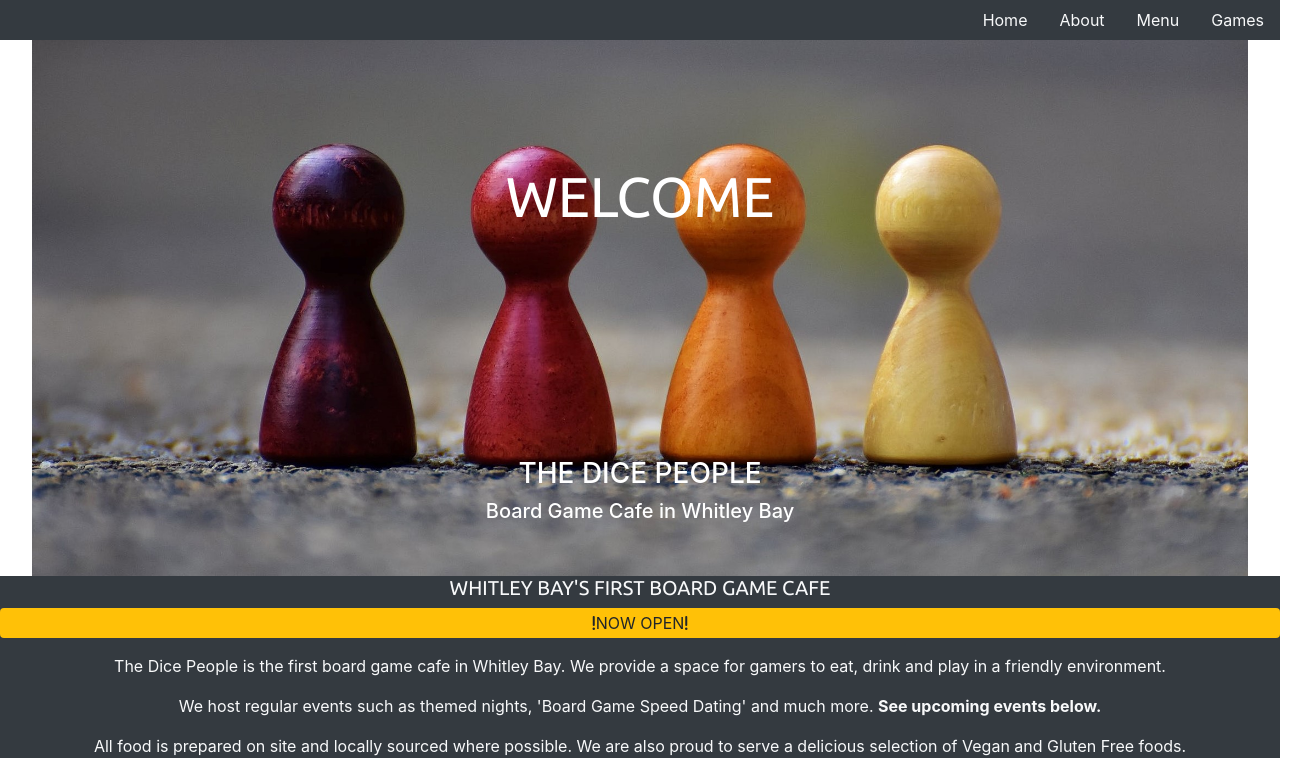
Repository: Code-Institute-Submissions/eleanorpro-milestoneproject1
Page: index.html
The author's editor kept a record of every edit. The page is drawn from the files as they stood at one moment, then again after the next edit.
The browser window is 1280 px wide. The page is 1295 px wide, so the pictures cover 1295 px, including what lies to the right of the window. The pictures show the whole page.
Some web libraries are served in a nearby version.

Above is the page before.

### index.html
<!DOCTYPE html>
<html lang="en">

<head>
    <meta charset="UTF-8">
    <meta name="viewport" content="width=device-width, initial-scale=1.0 shrink-to-fit=no">
    <meta http-equiv="X-UA-Compatible" content="ie=edge">
    <link rel="stylesheet" href="https://stackpath.bootstrapcdn.com/bootstrap/4.3.1/css/bootstrap.min.css" integrity="sha384-ggOyR0iXCbMQv3Xipma34MD+dH/1fQ784/j6cY/iJTQUOhcWr7x9JvoRxT2MZw1T" crossorigin="anonymous">
    <link href="https://fonts.googleapis.com/css?family=Ubuntu&display=swap" rel="stylesheet">
    <script src="https://kit.fontawesome.com/6737ff54ee.js" crossorigin="anonymous"></script>
    <link rel="stylesheet" href="css/style.css" type="text/css" />
    <title>The Dice People</title>
</head>

<body>
    <header>
        <nav class="bg-dark">
            <ul class="nav justify-content-end">
                <li class="nav-item">
                    <a class="nav-link active text-light bg-dark" href="index.html">Home</a>
                </li>
                <li class="nav-item">
                    <a class="nav-link text-light bg-dark" href="#">About</a>
                </li>
                <li class="nav-item">
                    <a class="nav-link text-light bg-dark" href="#">Menu</a>
                </li>
                <li class="nav-item">
                    <a class="nav-link text-light bg-dark" href="#">Games</a>
                </li>
            </ul>
        </nav>
        <div class="row">
            <div class="col">
                <div class="main-img">
                    <img class="bg-image" src="media/images/pieces.jpeg" alt="board game playing pieces">
                    <div class="centered">
                        <h1 class="uppercase display-4">Welcome</h1>
                    </div>
                    <div class="bottom-center mobhide">
                        <h3 class="uppercase">The Dice People</h2>
                            <h5>Board Game Cafe in Whitley Bay</h3>
                    </div>
                </div>
            </div>
        </div>

    </header>
    <section class="bg-dark">
        <h5 class="main-head uppercase text-light">Whitley Bay's first board game cafe</h5>
        <div class="alert bg-warning">
            <p><i class="fas fa-exclamation"></i><span>NOW OPEN</span><i class="fas fa-exclamation"></i></p>
        </div>
        <div class="intro text-light">
            <p>The Dice People is the first board game cafe in Whitley Bay. We provide a space for gamers to eat, drink and play in a friendly environment.</p>
            <p>We host regular events such as themed nights, 'Board Game Speed Dating' and much more. <strong>See upcoming events below.</strong></p>
            <p>All food is prepared on site and locally sourced where possible. We are also proud to serve a delicious selection of Vegan and Gluten Free foods.</p>
        </div>
    </section>
    <footer>

    </footer>
</body>

</html>

### css/style.css
/*--------------------------------------Text Styling */

.uppercase {
    text-transform: uppercase;
}

.centered {
    font-family: "Ubuntu", sans-serif;
}

.main-head {
    text-align: center;
    font-family: "Ubuntu", sans-serif;
}

.intro {
    text-align: center;
}

/*--------------------------------------Navigation */

nav {
    width: 100%;
}

/*--------------------------------------Main Image */

.bg-image {
    width: 100%;
}


.main-img {
    position: relative;
    text-align: center;
    color: white;
}

.centered {
    position: absolute;
    top: 30%;
    left: 50%;
    transform: translate(-50%, -50%);
}

.bottom-center {
    position: absolute;
    bottom: 8px;
    left: 50%;
    transform: translate(-50%, -50%);
}

@media (max-width: 600px) {
    .mobhide {
        display: none;
    }
}

.bg-image {
    width: 95%;
}

/*--------------------------------------Home Page */

.alert {
    text-align: center;
    padding: 2px 0;
    2px 0;
    height: 30px;
}

After the next edit:
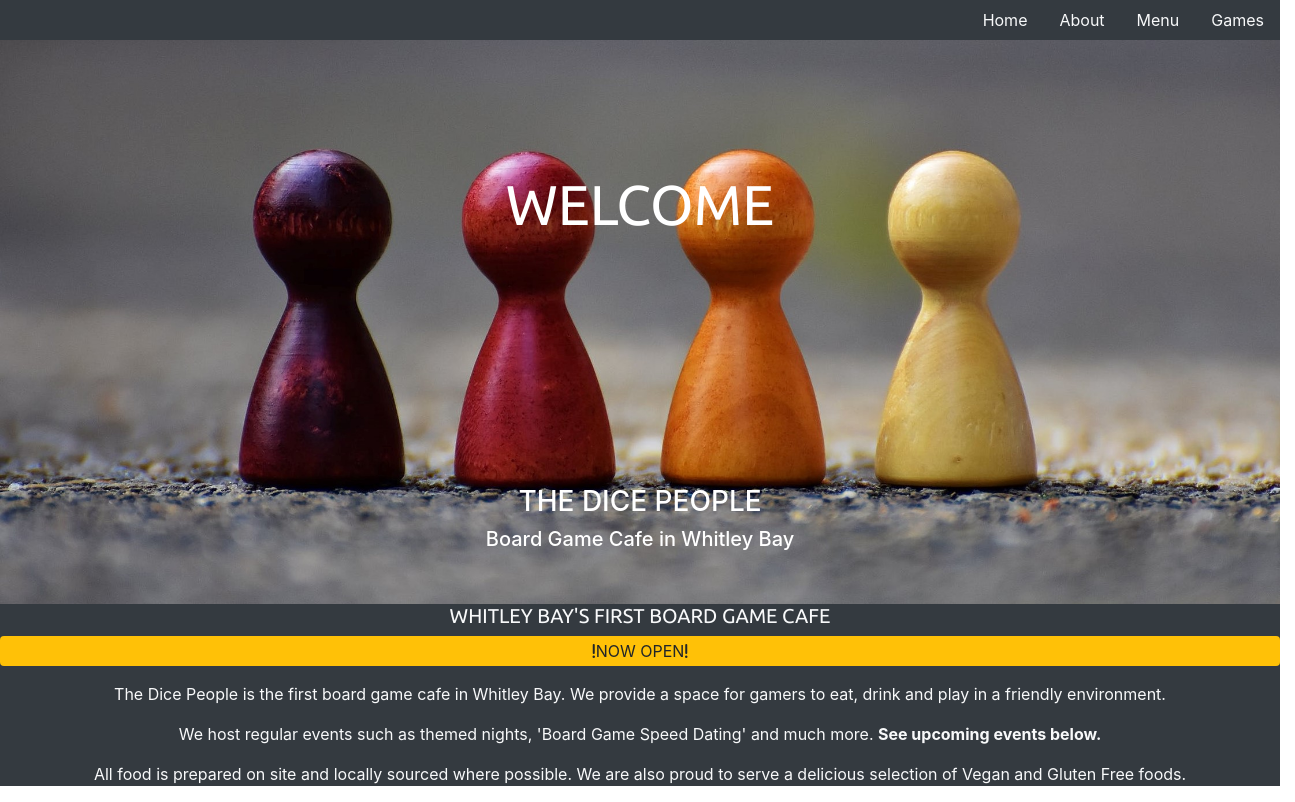
The edit:
--- a/css/style.css
+++ b/css/style.css
@@ -56,9 +56,6 @@
     }
 }
 
-.bg-image {
-    width: 95%;
-}
 
 /*--------------------------------------Home Page */
 
